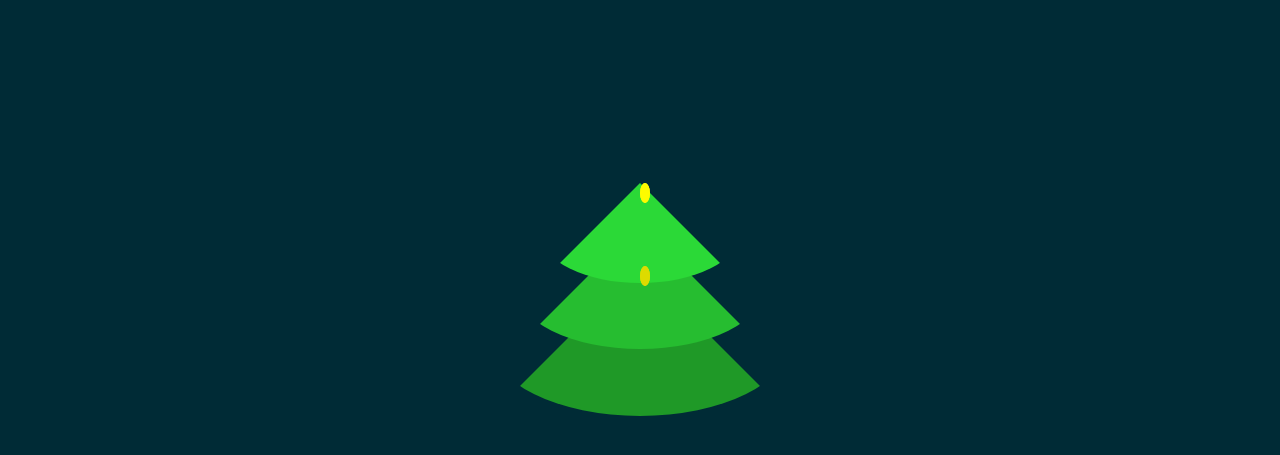
Repository: supakorn5039-boon/Christmas
Page: index.html
These files come from the project's save history. The page is drawn as it stood at one moment and after the next save; the edit follows.
The browser window is 1280 px wide. The pictures show the whole page.

Above is the page before, as saved 2023-12-25 08:46:51.

### index.html
<!DOCTYPE html>
<html lang="en">
  <head>
    <meta charset="UTF-8" />
    <meta http-equiv="X-UA-Compatible" content="IE=edge" />
    <meta name="viewport" content="width=device-width, initial-scale=1.0" />
    <link rel="stylesheet" href="styles.css" />
  </head>
  <body>
    <div class="xmas-tree">
      <div class="start">
        <i class="fa-solid fa-star"></i>
      </div>
      <div class="t1"></div>
      <div class="t2"></div>
      <div class="t3"></div>
      <div class="stem"></div>
      <div class="snow-ground"></div>
    </div>
  </body>
  <script href="index.js"></script>
</html>

### styles.css
body {
  height: 100vh;
  margin: 0;
  background: #002b36;
  overflow: hidden;
  display: grid;
  place-items: center;
}

.xmas-tree {
  position: relative;
  width: 500px;
  height: 590px;
  z-index: -2;
}

.star {
  z-index: 3;
  position: absolute;
  color: #fffc00;
  font-style: 40px;
  text-shadow: 0 0 20px #fffc00;
  left: 50%;
  top: 15%;
  margin-left: -22px;
  animation: spin 2s infinite linear forwards;
}

@keyframes spin {
  to {
    transform: rotate(1turn);
  }
}

.t1 {
  position: absolute;
  z-index: 2;
  border-bottom: 100px solid #2bd937;
  margin-left: -100px;
  border-right: 100px solid transparent;
  border-left: 100px solid transparent;
  border-bottom-left-radius: 50%;
  border-bottom-right-radius: 50%;
  top: 20%;
  left: 50%;
}
.t2 {
  position: absolute;
  z-index: 1;
  border-bottom: 125px solid #26bd30;
  margin-left: -125px;
  border-right: 125px solid transparent;
  border-left: 125px solid transparent;
  border-bottom-right-radius: 50%;
  border-bottom-left-radius: 50%;
  top: 27%;
  left: 50%;
}

.t3 {
  position: absolute;
  border-bottom: 150px solid #1f9927;
  margin-left: -150px;
  border-right: 150px solid transparent;
  border-left: 150px solid transparent;
  border-bottom-right-radius: 50%;
  border-bottom-left-radius: 50%;
  top: 34%;
  left: 50%;
}

.t1::before,
.t1::after,
.t2::before,
.t2::after,
.t3::before,
.t3::after {
  position: absolute;
  content: "";
  background: #d6d400;
  z-index: 3;
  width: 10px;
  height: 20px;
  border-radius: 50%;
  animation: blink 1.5s infinite;
}

.t2::before {
  animation-delay: 0.5s;
}
.t2::after {
  animation-delay: 0.5s;
}

.t3::before {
  animation-delay: 1s;
}
.t3::after {
  animation-delay: 1s;
}

@keyframes blink {
    30% {
        background: rgb(255,252,0);
        box-shadow: ;
    }
}

After the next save:
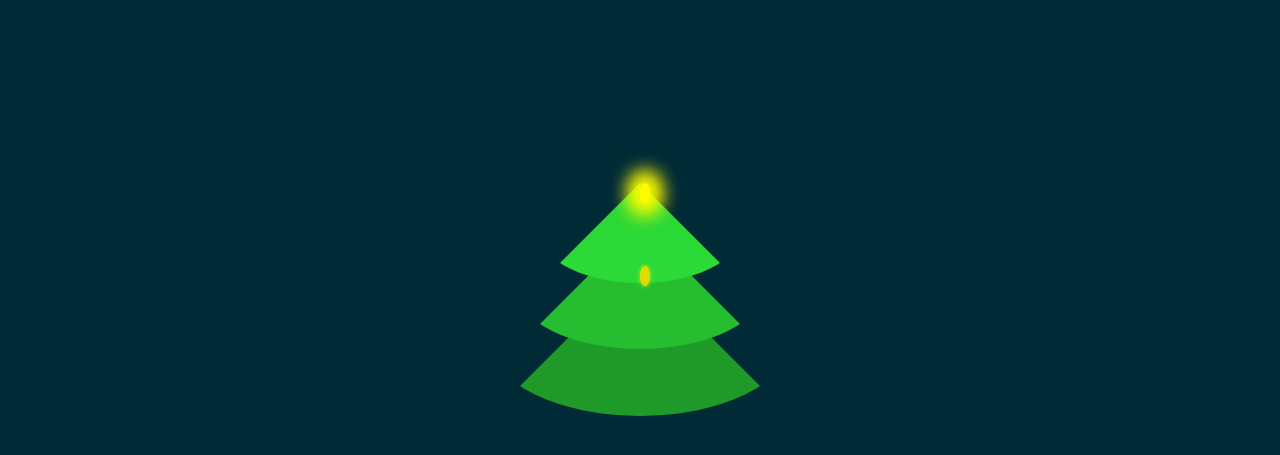
Saved 5 s later.
--- a/styles.css
+++ b/styles.css
@@ -102,6 +102,6 @@ body {
 @keyframes blink {
     30% {
         background: rgb(255,252,0);
-        box-shadow: ;
+        box-shadow: 0 0 20px 10px #fffc00;
     }
 }
